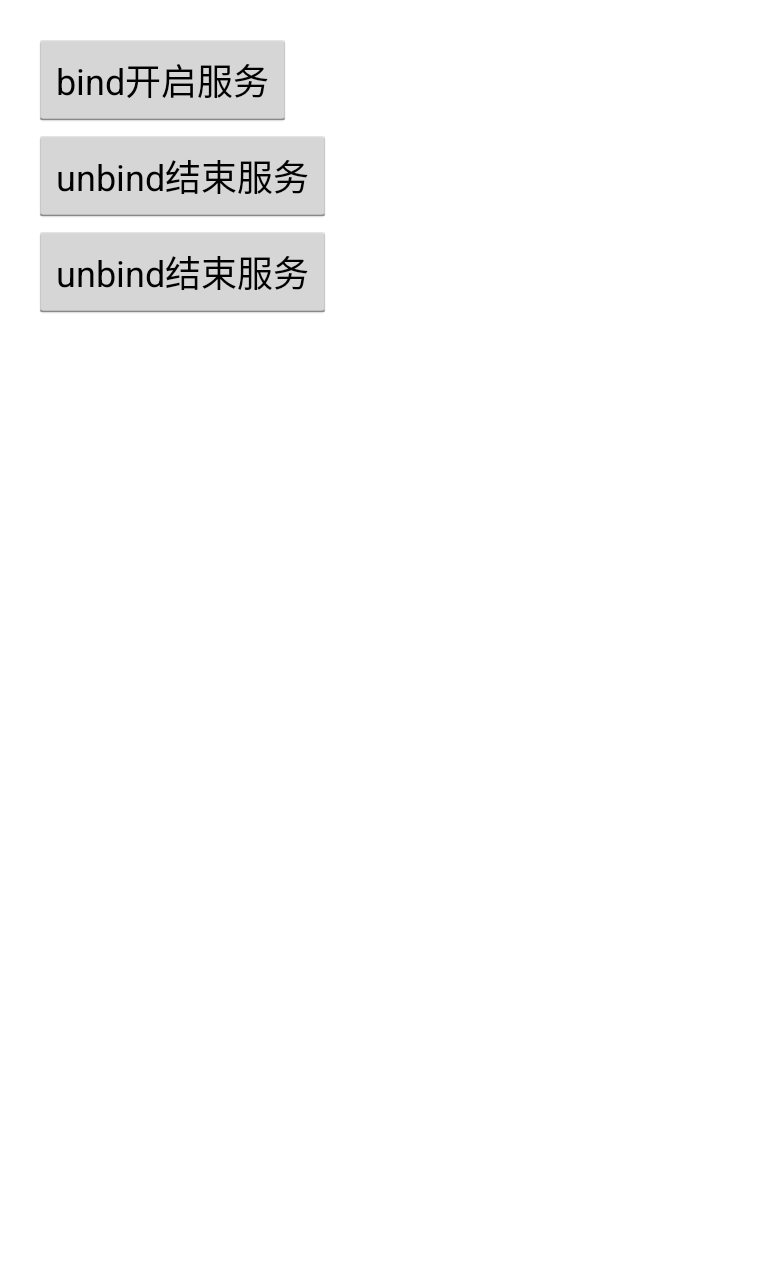
Repository: nickof/study
Layout: Android/itheima/day12服务/代码/Day12_04_bindService开启服务/res/layout/activity_main.xml
These files come from the project's save history. The layout is drawn as it stood at one moment and after the next save; the edit follows.
It is drawn on a 768 x 1280 px phone screen (xhdpi) without system bars, with theme AppTheme; the app's code is not run.

Above is the layout before, as saved 2016-09-20 06:43:09.

### Android/itheima/day12服务/代码/Day12_04_bindService开启服务/res/layout/activity_main.xml
<LinearLayout xmlns:android="http://schemas.android.com/apk/res/android"
    xmlns:tools="http://schemas.android.com/tools"
    android:layout_width="match_parent"
    android:layout_height="match_parent"
    android:paddingBottom="@dimen/activity_vertical_margin"
    android:paddingLeft="@dimen/activity_horizontal_margin"
    android:paddingRight="@dimen/activity_horizontal_margin"
    android:paddingTop="@dimen/activity_vertical_margin"
    android:orientation="vertical"
    tools:context=".MainActivity" >

    <Button
        android:layout_width="wrap_content"
        android:layout_height="wrap_content"
        android:onClick="start"
        android:text="bind开启服务" />
     <Button
        android:layout_width="wrap_content"
        android:layout_height="wrap_content"
        android:onClick="stop"
        android:text="unbind结束服务" />
      <Button
        android:layout_width="wrap_content"
        android:layout_height="wrap_content"
        android:onClick="callServiceMethod"
        android:text="unbind结束服务" />

</LinearLayout>

Loaded but not shown: Android/itheima/day12服务/代码/Day12_04_bindService开启服务/res/values/styles.xml (common file); Android/itheima/day12服务/代码/Day12_04_bindService开启服务/res/values-v11/styles.xml (common file); Android/itheima/day12服务/代码/Day12_04_bindService开启服务/res/values-v14/styles.xml (common file); Android/itheima/day12服务/代码/Day12_04_bindService开启服务/res/values/dimens.xml (common file)

After the next save:
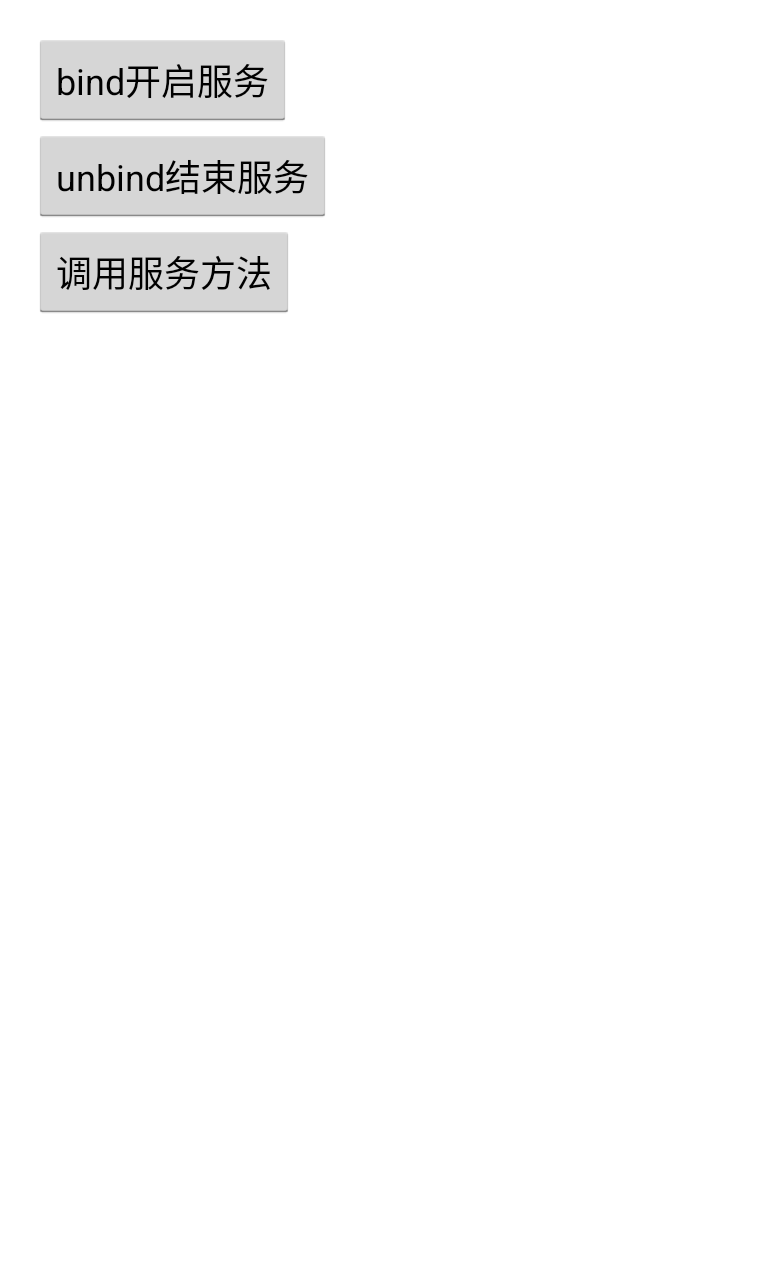
Saved 7 s later.
--- a/Android/itheima/day12服务/代码/Day12_04_bindService开启服务/res/layout/activity_main.xml
+++ b/Android/itheima/day12服务/代码/Day12_04_bindService开启服务/res/layout/activity_main.xml
@@ -23,6 +23,6 @@
         android:layout_width="wrap_content"
         android:layout_height="wrap_content"
         android:onClick="callServiceMethod"
-        android:text="unbind结束服务" />
+        android:text="调用服务方法" />
 
 </LinearLayout>
